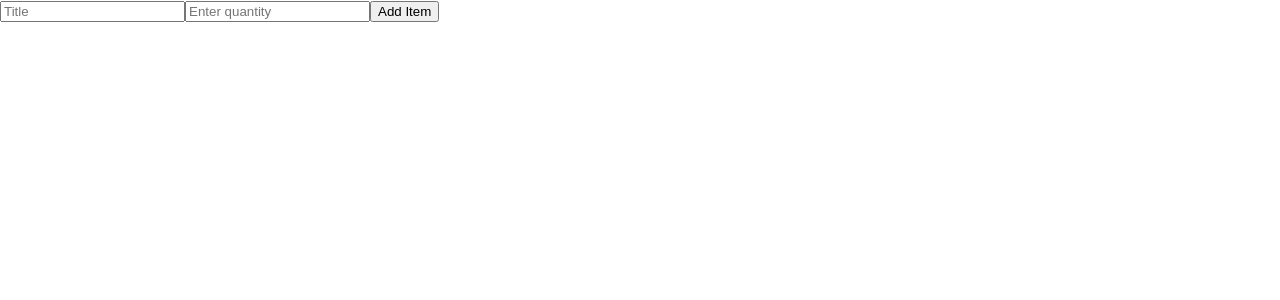
Repository: Juan-Christian-2711/todo
Page: / (app in frontend/)
The author's editor kept a copy of each file at every save. The page is drawn from the files as they stood at one save, then again after the next save.
The browser window is 1280 px wide. The pictures show the whole page.
The project was rebuilt for these pictures with package versions that can differ from the ones it lists, and the page was loaded fresh each time.

Above is the page before, as saved 2024-03-30 14:49:55.

### frontend/src/App.js
import React, { useState } from 'react';

function App() {
  const [name, setName] = useState('');
  const [quantity, setQuantity] = useState('');
  const [itemsList, setItemsList] = useState([]);

  const handleNameChange = (e) => {
    setName(e.target.value);
  };

  const handleQuantityChange = (e) => {
    setQuantity(e.target.value);
  };

  const handleSubmit = (e) => {
    e.preventDefault();
    if (name.trim() !== '' && quantity.trim() !== '') {
      setItemsList([...itemsList, { name, quantity }]);
      setName('');
      setQuantity('');
    }
  };

  return (
    <div>
      <form onSubmit={handleSubmit}>
        <input
          type="text"
          placeholder="Title"
          value={name}
          onChange={handleNameChange}
        />
        <input
          type="number"
          placeholder="Enter quantity"
          value={quantity}
          onChange={handleQuantityChange}
        />
        <button type="submit">Add Item</button>
      </form>
      <ul>
        {itemsList.map((item, index) => (
          <li key={index}>
            {item.name} - Quantity: {item.quantity}
          </li>
        ))}
      </ul>
    </div>
  );
}

export default App;

Loaded but not shown: frontend/public/index.html (common file); frontend/src/index.js (common file); frontend/src/index.css (common file); frontend/src/reportWebVitals.js (common file)

After the next save:
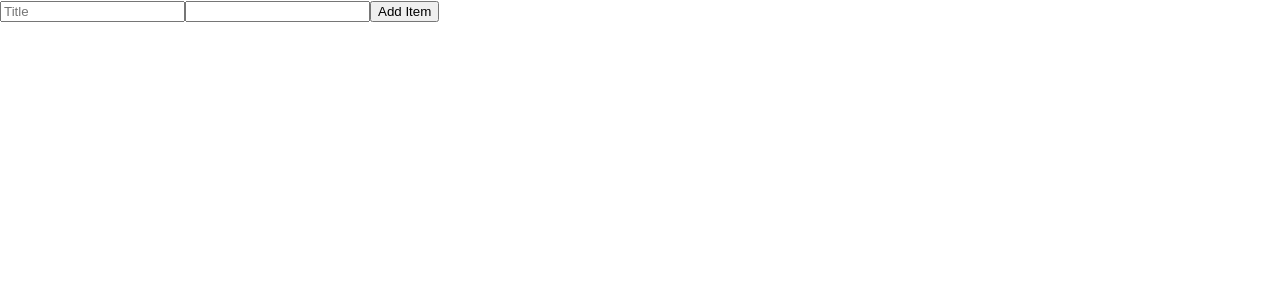
Saved 5 s later.
--- a/frontend/src/App.js
+++ b/frontend/src/App.js
@@ -33,7 +33,7 @@ function App() {
         />
         <input
           type="number"
-          placeholder="Enter quantity"
+          placeholder=""
           value={quantity}
           onChange={handleQuantityChange}
         />
